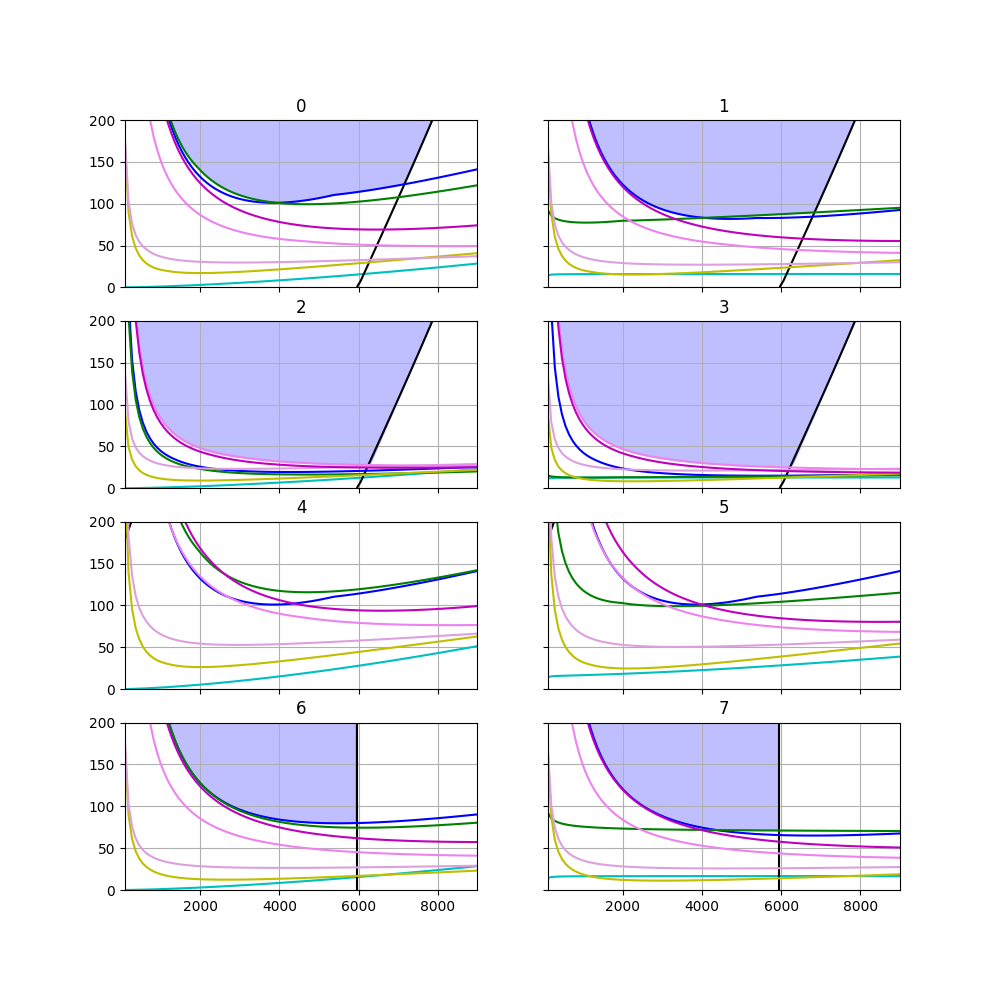
Repository: 12libao/DEA
Script's output: python Sizing_Method/ConstrainsAnalysis/ConstrainsAnalysisPDP1P2.py
These files come from the project's save history. The script's output is drawn as it stood at one moment and after the next save; the edit follows.
Random numbers start from a fixed seed.

Above is the script's output before, as saved 2021-07-12 14:40:17.

After the next save:
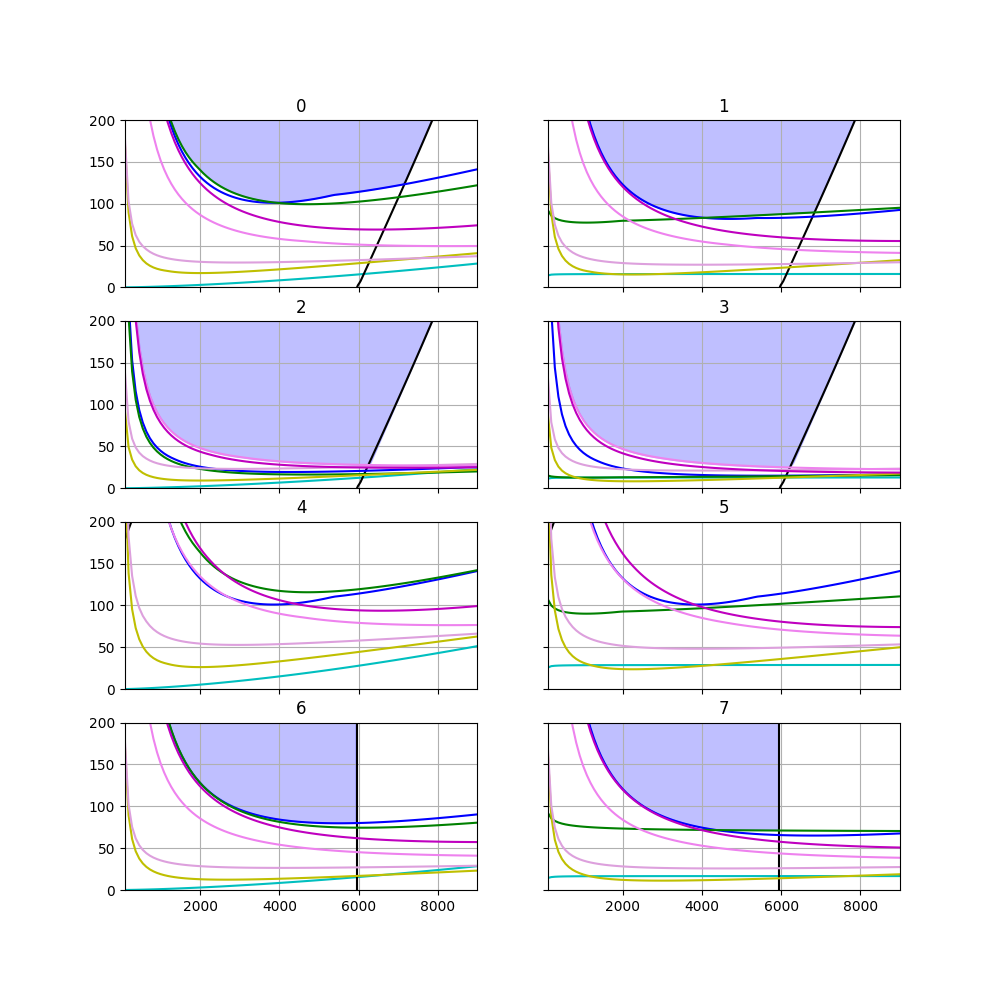
Saved 4 s later.
--- a/Sizing_Method/ConstrainsAnalysis/ConstrainsAnalysisPDP1P2.py
+++ b/Sizing_Method/ConstrainsAnalysis/ConstrainsAnalysisPDP1P2.py
@@ -538,7 +538,7 @@ if __name__ == "__main__":
                     if i == 2:
                         p_w[i, j, 5] = p_w[i, j, 0]
                     else:
-                        p_w[i, j, 5] = p_w[i, j, 1] + p_w[i, j, 2]
+                        p_w[i, j, 5] = p_w[i, j, 1] + p_w[i, j, 3]
 
             if i == 1:
                 ax[k].plot(p_w[i, :, k], np.linspace(0, 250, n), color=color[i], label=constrains_name[i])
